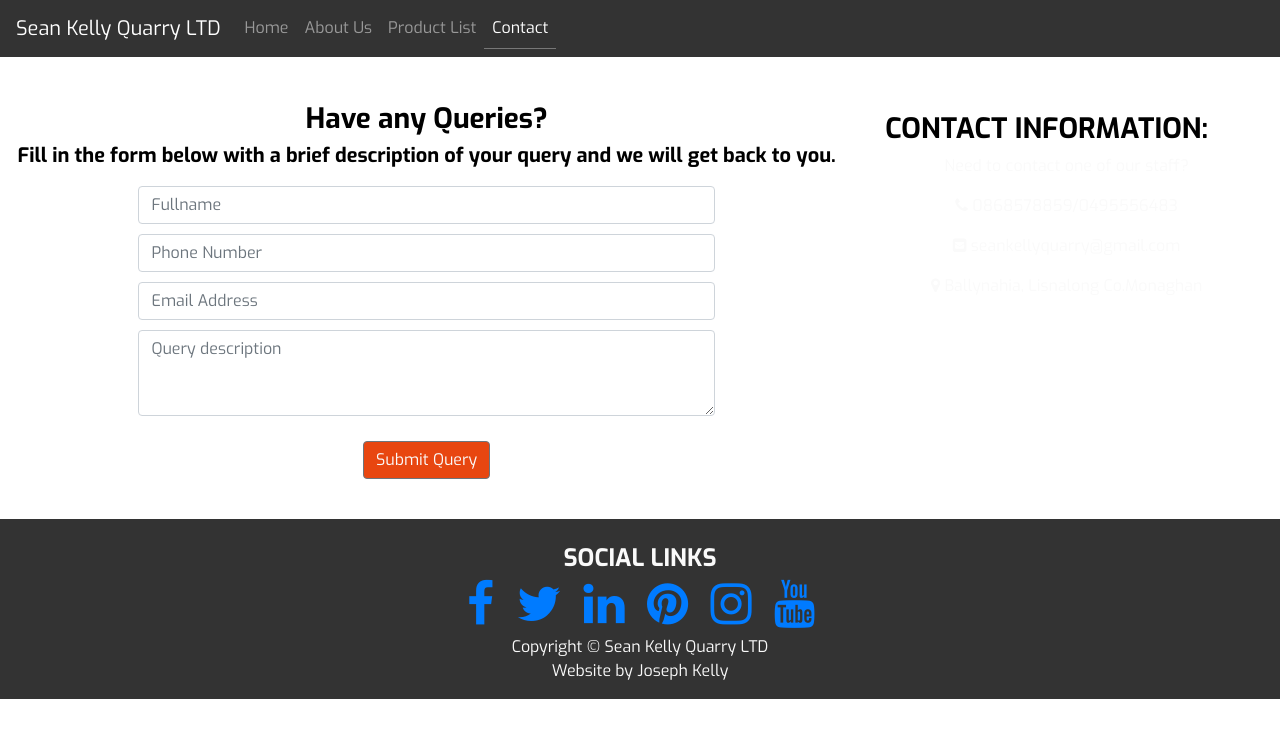
Repository: Code-Institute-Submissions/Sean-Kelly-Quarry
Page: contact.html
The author's editor kept a record of every edit. The page is drawn from the files as they stood at one moment, then again after the next edit.
The browser window is 1280 px wide. The pictures show the whole page.

Above is the page before.

After the next edit:
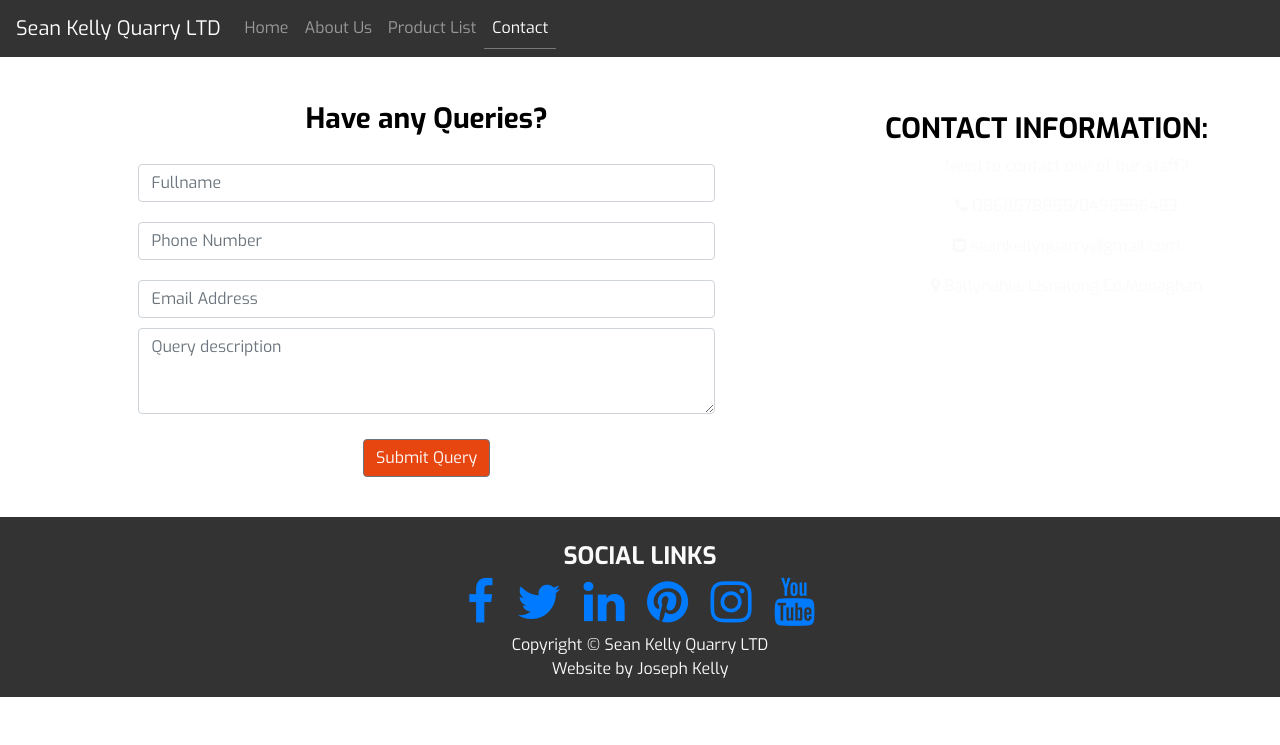
The edit:
--- a/contact.html
+++ b/contact.html
@@ -38,10 +38,9 @@
              <div class="row contact-section">
                  <div class="col-md-8 form-section">
                      <h3>Have any Queries?</h3>
-                     <h5>Fill in the form below with a brief description of your query and we will get back to you.</h5>
                      <form class="form">
-                           <input type="text" name="name" id="name" class="form-control input" placeholder="Fullname" required/>
-                           <input type="number" name="number" id="phonenumber" class="form-control input" placeholder="Phone Number" required/>
+                           <input type="text" name="name" id="name" class="form-control input-query" placeholder="Fullname" required/>
+                           <input type="number" name="number" id="phonenumber" class="form-control input-query" placeholder="Phone Number" required/>
                            <input type="email" name="email" id="email" class="form-control input" placeholder="Email Address" required/>
                            <textarea type="textarea" rows="3" name="query" id="query" class="form-control input" placeholder="Query description"></textarea>
                            <div class="form-row text-center">
